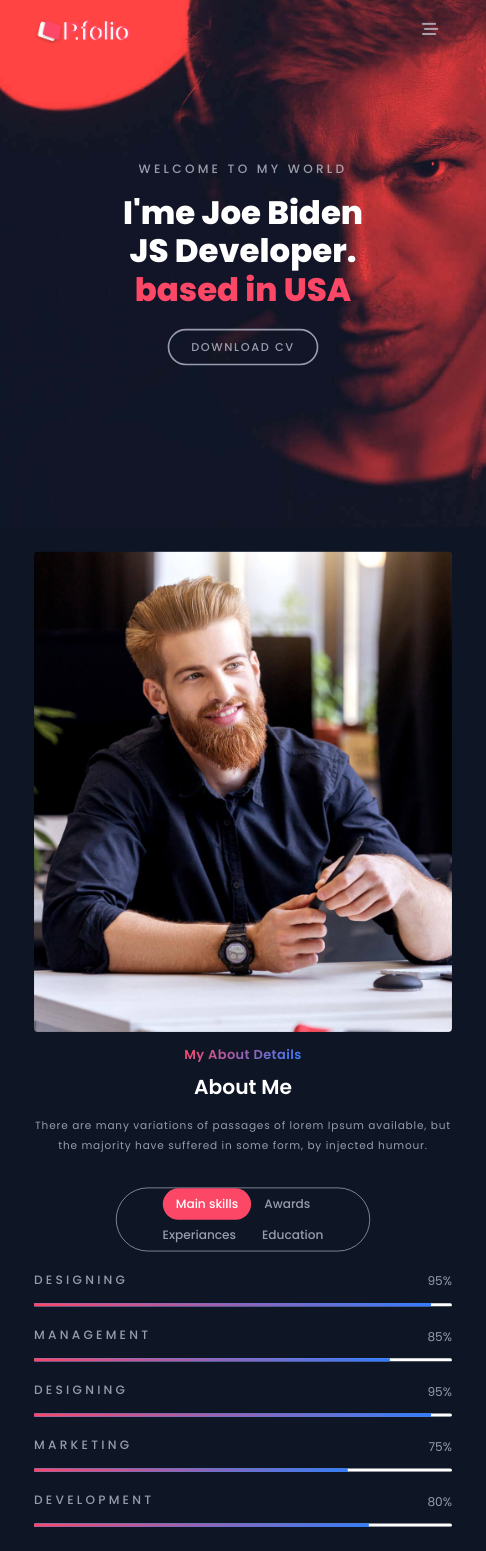
Repository: wadelfadill/Bootstrap_tache_3_responsive_portfolio
Page: index.html
An editor plug-in stored every save of this project. The page is shown before and after the next save, followed by the edit.
The browser window is 600 px wide. The pictures show the whole page, at 81% of full size.
Backgrounds fixed to the window are drawn as part of the page. Some web libraries are served in a nearby version.

Above is the page before, as saved 2023-04-11 11:04:52.

### index.html
<!DOCTYPE html>
<html lang="en">
<head>
    <meta charset="UTF-8">
    <meta http-equiv="X-UA-Compatible" content="IE=edge">
    <meta name="viewport" content="width=device-width, initial-scale=1.0">
    <title>Bootstrap_Responsive_Portfolio</title>
    <!------ FAVICON ------->
    <link rel="icon" type="image/png" href="images/favicon.png">

    <!------------ Bootstrap link --------------->
    <link href="https://cdn.jsdelivr.net/npm/bootstrap@5.1.3/dist/css/bootstrap.min.css" rel="stylesheet" integrity="sha384-1BmE4kWBq78iYhFldvKuhfTAU6auU8tT94WrHftjDbrCEXSU1oBoqyl2QvZ6jIW3" crossorigin="anonymous">

    <!-------------- Font-awsome script  ------------->
    <script src="https://kit.fontawesome.com/8f130c8a35.js" crossorigin="anonymous"></script>

    <!------------ CSS files link  ------------->
    <link rel="stylesheet" href="css/style.css">
    <link rel="stylesheet" href="css/responsive-style.css">

    <!------------- Google-Font link ---------------->
    <link rel="stylesheet" href="https://fonts.googleapis.com/css2?family=Poppins%3Awght%40100%3B200%3B300%3B400%3B500%3B600%3B700%3B800%3B900&display=swap">
</head>
<body data-bs-spy="scroll" data-bs-target=".navbar" data-bs-offset="75">
    <!------------------------------------------------------>
        <!------------- Navbar Section ----------->
        <header class="header_wrapper">
            <nav class="navbar navbar-expand-lg fixed-top">
                <div class="container">
                  <a class="navbar-brand" href="#">
                    <img src="images/logo.png" alt="logo" class="img-fluid">
                  </a>
                  <button class="navbar-toggler" type="button" data-bs-toggle="collapse" data-bs-target="#navbarNav" aria-controls="navbarNav" aria-expanded="false" aria-label="Toggle navigation">
                    <i class="fa-solid fa-bars-staggered navbar-toggler-icon"></i>
                  </button>
                  <div class="collapse navbar-collapse justify-content-end" id="navbarNav">
                    <ul class="navbar-nav menu-navbar-nav">
                      <li class="nav-item">
                        <a class="nav-link active" aria-current="page" href="#home">Home</a>
                      </li>
                      <li class="nav-item">
                        <a class="nav-link" href="#about">About</a>
                      </li>
                      <li class="nav-item">
                        <a class="nav-link" href="#services">Services</a>
                      </li>
                      <li class="nav-item">
                        <a class="nav-link" href="#portfolio">Portfolio</a>
                      </li>
                      <li class="nav-item">
                        <a class="nav-link" href="#contact">Contact</a>
                      </li>
                      <li class="nav-item mt-3 mt-lg-0">
                        <a class="main-btn" href="#contact">Hire me</a>
                      </li>
                    </ul>
                  </div>
                </div>
              </nav>
        </header>
        <!----------- Navbar section end -------->
    <!------------------------------------------------------>
        <!----------- Banner section ------------->
        <section id="home" class="banner_wrapper">
            <div class="container">
                <div class="row">
                    <div class="col-sm-12 text-center text-md-start">
                        <h6>WELCOME TO MY WORLD</h6>
                        <h1>I'me Joe Biden <br> JS Developer. <span><br>based in USA</span></h1>
                        <div class="mt-4">
                            <a href="" class="main-btn">Download CV</a>
                        </div>
                    </div>
                </div>
            </div>
        </section>
        <!----------- Banner section end --------->
    <!------------------------------------------------------>
        <!----------- About section -------------->
        <section id="about" class="about_wrapper">
            <div class="container">
              <div class="row justify-content-between align-items-center">
                  <div class="col-lg-5 mb-lg-0">
                    <img src="images/about.jpg" alt="about-img" class="img-fluid rounded-3">
                  </div>
                  <div class="col-lg-7 ps-lg-5 text-center text-lg-start">
                    <div class="my-3 my-lg-0">
                      <span class="subtitle">My About Details</span>
                      <h2>About Me</h2>
                      <p>There are many variations of passages of lorem Ipsum available, but the majority have
                        suffered in some form, by injected humour.</p>
                    </div>
                    <div class="pt-4">
                      <ul class="nav nav-pills mb-3 justify-content-center justify-content-lg-between" id="pills-tab" role="tablist">
                        <li class="nav-item" role="presentation">
                          <button class="nav-link active" id="pills-skill-tab" data-bs-toggle="pill" data-bs-target="#pills-skill" type="button" role="tab" aria-controls="pills-skill" aria-selected="true">Main skills</button>
                        </li>
                        <li class="nav-item" role="presentation">
                          <button class="nav-link" id="pills-award-tab" data-bs-toggle="pill" data-bs-target="#pills-award" type="button" role="tab" aria-controls="pills-award" aria-selected="false">Awards</button>
                        </li>
                        <li class="nav-item" role="presentation">
                          <button class="nav-link" id="pills-experiance-tab" data-bs-toggle="pill" data-bs-target="#pills-experiance" type="button" role="tab" aria-controls="pills-experiance" aria-selected="false">Experiances</button>
                        </li>
                        <li class="nav-item" role="presentation">
                          <button class="nav-link" id="pills-education-tab" data-bs-toggle="pill" data-bs-target="#pills-education" type="button" role="tab" aria-controls="pills-education" aria-selected="false">Education</button>
                        </li>
                      </ul>
                      <div class="tab-content" id="pills-tabContent">
                        <div class="tab-pane fade show active" id="pills-skill" role="tabpanel" aria-labelledby="pills-skill-tab" tabindex="0">
                            <div class="single-progress">
                                <h6>Designing</h6>
                                <div class="progress">
                                  <div class="progress-bar" role="progressbar" aria-label="Basic example" style="width: 95%" aria-valuenow="25" aria-valuemin="0" aria-valuemax="100"></div>
                                </div>
                                <span class="label">95%</span>
                            </div>
                            <div class="single-progress">
                              <h6>Management</h6>
                              <div class="progress">
                                <div class="progress-bar" role="progressbar" aria-label="Basic example" style="width: 85%" aria-valuenow="25" aria-valuemin="0" aria-valuemax="100"></div>
                              </div>
                              <span class="label">85%</span>
                            </div>
                            <div class="single-progress">
                              <h6>Designing</h6>
                              <div class="progress">
                                <div class="progress-bar" role="progressbar" aria-label="Basic example" style="width: 95%" aria-valuenow="25" aria-valuemin="0" aria-valuemax="100"></div>
                              </div>
                              <span class="label">95%</span>
                            </div>
                            <div class="single-progress">
                              <h6>Marketing</h6>
                              <div class="progress">
                                <div class="progress-bar" role="progressbar" aria-label="Basic example" style="width: 75%" aria-valuenow="25" aria-valuemin="0" aria-valuemax="100"></div>
                              </div>
                              <span class="label">75%</span>
                            </div>
                            <div class="single-progress">
                              <h6>Development</h6>
                              <div class="progress">
                                <div class="progress-bar" role="progressbar" aria-label="Basic example" style="width: 80%" aria-valuenow="25" aria-valuemin="0" aria-valuemax="100"></div>
                              </div>
                              <span class="label">80%</span>
                            </div>
                        </div>
                        <div class="tab-pane fade" id="pills-award" role="tabpanel" aria-labelledby="pills-award-tab" tabindex="0">
                          <ul class="text-start ps-0">
                            <li>
                              <a href="#">
                              Awards.com<span>- Winner</span></a> 2019 -2020</li>
                            <li>
                              <a href="#">
                              CSS Design Awards<span>- Winner</span></a> 2017 - 2018</li>
                            <li>
                              <a href="#">
                              Design nominees<span>- Site of the day</span></a></li>
                            <li>
                              <a href="#">
                              Awards.com<span>- Winner</span></a> 2019 - 2020</li>
                          </ul>
                        </div>
                        <div class="tab-pane fade" id="pills-experiance" role="tabpanel" aria-labelledby="pills-experiance-tab" tabindex="0">
                          <ul class="text-start ps-0">
                              <li><a href="#">Sr. Front-end Engineer <span>- Google</span></a>2018 - Current</li>
                              <li><a href="#">Front-end Engineer<span>- Microsoft</span></a> 2017 - 2018</li>
                              <li><a href="#">Software Engineer<span>- Alibaba</span></a> 2013 - 2014</li>
                              <li><a href="#">Software Engineer<span>- Alibaba</span></a> 2013 - 2014</li>
                          </ul>
                        </div>
                        <div class="tab-pane fade" id="pills-education" role="tabpanel" aria-labelledby="pills-education-tab" tabindex="0">
                          <ul class="text-start ps-0">
                            <li><a href="#">Bsc In CSE <span>- ABC University, Los Angeles, CA</span></a>2010</li>
                            <li><a href="#">Dilploma in Computer Science<span>- Gama Technical</span></a> 2009</li>
                            <li><a href="#">Graphic Designer<span>- ABC Institute, Los Angeles, CA</span></a> 2007</li>
                            <li><a href="#">Graphic Designer<span>- ABC Institute, Los Angeles, CA</span></a> 2007</li>
                        </ul>
                        </div>
                      </div>
                    </div>
                  </div>
              </div>
            </div>
        </section>
        <!----------- About section end ---------->
    <!------------------------------------------------------->
        <!----------- Services section ----------->

        <!----------- Services section end ------->
    <!------------------------------------------------------->
        <!----------- Portfolio section ---------->

        <!----------- Portfolio section end ----->
    <!------------------------------------------------------->
        <!----------- Contact section ----------->

        <!----------- Contact section end ------->
    <!------------------------------------------------------->
        <!------------ Footer section ----------->

        <!------------ Footer section end ------->
    <!------------------------------------------------------->
        <!-- JS file link -->
        <script src="js/main.js"></script>
        <!---------------- bootstrap script -------------->
        <script src="https://cdn.jsdelivr.net/npm/bootstrap@5.1.3/dist/js/bootstrap.bundle.min.js" integrity="sha384-ka7Sk0Gln4gmtz2MlQnikT1wXgYsOg+OMhuP+IlRH9sENBO0LRn5q+8nbTov4+1p" crossorigin="anonymous"></script>
</body>
</html>

### css/style.css
/* TABLE OF CONTENTS */
/* --------------------
1. General
2.Navbar
3.Banner
4.About
5.Services
6.Portfolio
7.contact
8.Footer
---------------------- */

/* 1. General */
@import url('https://fonts.googleapis.com/css2?family=Poppins%3Awght%40100%3B200%3B300%3B400%3B500%3B600%3B700%3B800%3B900&display=swap');

*{
    box-sizing: border-box;
    margin: 0;
    padding: 0;
}
:root{
    /* Background Color */
    --primary-color:#FD4766;
    --secondary-color:#0e1525;
    --bg-dark-blue:#091020;
    --bg-white:#fff;
    --gray-color:#c6c9d8bf;
    --gradient-color: linear-gradient(-224deg, var(--primary-color) 0, #337Dff 100%);
    --gradient-text: linear-gradient(120deg, #1C99FE 20.69%, #7644FF 50.19%, var(--primary-color) 79.69%);
    filter: progid:DXImageTransform.Microsoft.gradient(startColorstr='var(--primary-color)', endColorstr='var(--secondary-color)', GradientType=1);

    /* Text Color */
    --primary-font: 'Poppins', 'sans-serif';
    --primary-text: #FD4766;
    --text-gray: #c6c9d8bf;
    --text-white:#fff;

}

body{
    font-family: var(--primary-font);
    background-color: var(--secondary-color);
}
a{
    text-decoration: none;
}

/* 2. custom css */
::-webkit-scrollbar{
    width: 6px;
}
::-webkit-scrollbar-track{
    background: var(--bg-dark-blue);
}
::-webkit-scrollbar-thumb{
    background: var(--primary-color);
}
input[type=number]::-webkit-inner-spin-button,
input[type=number]::-webkit-outer-spin-button{
    -webkit-appearance: none;
    margin: 0;
}

section{
    padding: 50px 0;
}
.main-btn{
    display: inline-block;
    border-radius: 50px;
    transition: all .4s ease-in-out;
    padding: 10px 27px;
    background-color: transparent;
    border: 2px solid var(--gray-color);
    color: var(--text-gray);
    font-weight: 500;
    font-size: 14px;
    text-transform: uppercase;
    letter-spacing: 2px;
    text-decoration: none;
}
.main-btn:hover{
    background-color: var(--primary-color);
    border-color: var(--primary-color);
    color: var(--text-white);

}
h1{
    font-size: 54px;
    line-height: 68px;
    font-weight: 800;
    color: var(--text-white);
    margin-bottom: 20px;
}
h1 span{
    color: var(--primary-color);
}
h2{
    font-size: 50px;
    line-height: 1.3;
    font-weight: 600;
    color: var(--text-white);
    margin-bottom: 15px;
}
h3{
    font-size: 20px;
    font-weight: 800;
    color: var(--text-white);
    margin-bottom: 19px;
}
h6{
    font-size: 15px;
    text-transform: uppercase;
    letter-spacing: 4px;
    display: block;
    color: var(--text-gray);
    margin-bottom: 20px;
}

p{
    color: var(--text-gray);
    font-size: 16px;
    line-height: 28px;
    letter-spacing: 1px;
    font-weight: 400;
}

.subtitle{
    display: inline-block;
    font-weight: 600;
    letter-spacing: 0.5px;
    line-height: 18px;
    font-size: 16px;
    margin-bottom: 12px;
    background: var(--gradient-color);
    -webkit-background-clip: text;
    -webkit-text-fill-color: transparent;
}
input:hover,
input:focus,
textarea:hover,
textarea:focus,
button{
    outline: none !important;
    box-shadow: none !important;
}

/* 2. Navbar */
.header_wrapper .navbar{
    padding: 15px 0;
    -webkit-transition: all .2s linear;
    -o-transition: all .2s linear;
    transition: all .2s linear;

}
.header_wrapper .navbar-brand img{
    max-width: 120px;
    height: auto;
}
.header_wrapper .navbar-toggler{
    border: 0;
    color: var(--gray-color);
    line-height: 2;
}
.header_wrapper .navbar-toggler:focus{
    box-shadow: none;
}
.header_wrapper .nav-item{
    margin: 0 10px;
}
.header_wrapper .nav-item .nav-link{
    position: relative;
    font-size: 16px;
    font-weight: 500;
    color: var(--text-gray);
    display: inline-block;
}
.header_wrapper .nav-item .nav-link::after{
    position: absolute;
    content: '';
    left: 0;
    width: 0;
    height: 2px;
    background: var(--primary-color);
    transition: 0.3s;
    bottom: 0;
}
.header_wrapper .nav-item .nav-link.active::after,
.header_wrapper .nav-item .nav-link:hover::after{
    width: 100%;

}
.header_wrapper .nav-item .nav-link.active,
.header_wrapper .nav-item .nav-link:hover{
     color: var(--text-white);
}
.header-scrolled{
    position: fixed;
    top: 0;
    left: 0;
    width: 100%;
    background-color: var(--bg-dark-blue);
    -webkit-box-shadow: 0 4px 6px 0 rgba(12, 0, 46, .05);
    box-shadow: 0 4px 6px 0 rgba(12, 0, 46, .05);
}
.header-scrolled .nav-item .nav-link.active,
.header-scrolled .nav-item .nav-link:hover{
     color: var(--primary-text);
}
/* 3. Banner */
.banner_wrapper{
    width: 100%;
    height: auto;
    min-height: 650px;
    background-image: url('../images/bg-image.jpg');
    background-repeat: no-repeat;
    background-position: center center;
    background-size: cover;
    background-attachment: fixed;
    padding: 200px 0 100px 0;
}
/* 4. About */
.about_wrapper ul.nav-pills{
    border: 1px solid var(--gray-color);
    border-radius: 50px;

}
.about_wrapper ul li .nav-link{
    border-radius: 50px;
    font-size: 15px;
    font-weight: 500;
    transition: all 0.45s cubic-bezier(0,0,0.2,1);
    display: inline-block;
    color: var(--text-gray);
    border: 0;
}
.about_wrapper ul li .nav-link.active{
    background-color: var(--primary-color);
}
.about_wrapper .single-progress{
    margin-top: 26px;
    position: relative;
    overflow: hidden;
}
.about_wrapper .single-progress .progress{
    height: 4px;
    box-shadow: none;
    border-radius: 4px;
    background-color: var(--bg-white);
    overflow: visible;
}
.about_wrapper .single-progress .progress-bar{
    background-image: var(--gradient-color);
}
.about_wrapper .single-progress h6{
    text-align: left;
}
.about_wrapper .single-progress .label{
    position: absolute;
    right: 0;
    top: 0;
    color: var(--text-gray);
    font-size: 15px;
}
.about_wrapper .tab-pane li{
    color: var(--gray-color);
    font-size: 16px;
    margin-bottom: 15px;
    font-weight: 300;
    list-style: none;
}
.about_wrapper .tab-pane li a{
    font-weight: 500;
    display: block;
    color: var(--text-gray);
}

### css/responsive-style.css
@media (max-width:991px){

    /* Custom css */
    section{
        padding: 30px 0;
    }
    h2{
        font-size: 30px;
        line-height: 40px;
    }
    h3{
        font-size: 20px;
    }
    /* 2. Navbar */
    .header-scrolled{
        height: auto;
    }
    .header_wrapper .menu-navbar-nav{
        text-align: center;
        background-color: var(--bg-dark-blue);
        padding-bottom: 15px;
    }
    .header_wrapper .nav-item .nav-link{
        margin-top: 15px;
    }
    /* banner wrapper */
    .banner_wrapper{
        padding: 200px 0;
    }
    /* About wrapper */
    .about_wrapper ul.nav-pills{
        width: 61%;
        margin: auto;
    }
}



@media (max-width:767px){
    /* Custom css */
    section{
        padding: 30px 0;
    }
    h1{
        font-size: 40px;
        line-height: 48px;
    }
    h2{
        font-size: 25px;

    }
    p{
        font-size: 13px;
        line-height: 24px;
    }
    /* About wrapper */
    .about_wrapper ul.nav-pills{
        width: 61%;
        margin: auto;
    }
}

### js/main.js
//Header Scroll
let nav = document.querySelector(".navbar");
window.onscroll = function () {
    if(document.documentElement.scrollTop > 20){
        nav.classList.add("header-scrolled");
    }else{
        nav.classList.remove("header-scrolled");
    }
}

// nav hide
let navBar = document.querySelectorAll(".nav-link");
let navCollapse = document.querySelector(".navbar-collapse.collapse");
navBar.forEach(function(a){
    a.addEventListener("click", function(){
        navCollapse.classList.remove("show")
    })
})

After the next save:
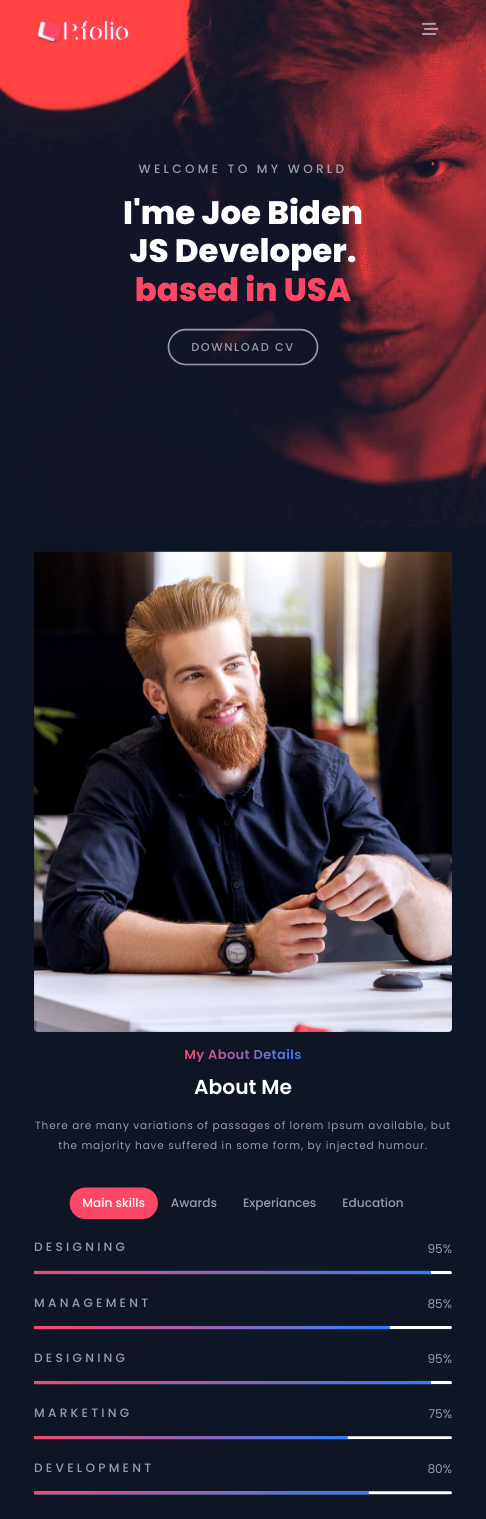
Saved 25 s later.
--- a/css/responsive-style.css
+++ b/css/responsive-style.css
@@ -55,7 +55,8 @@
     }
     /* About wrapper */
     .about_wrapper ul.nav-pills{
-        width: 61%;
+        width: 100%;
         margin: auto;
+        border: 0;
     }
 }
